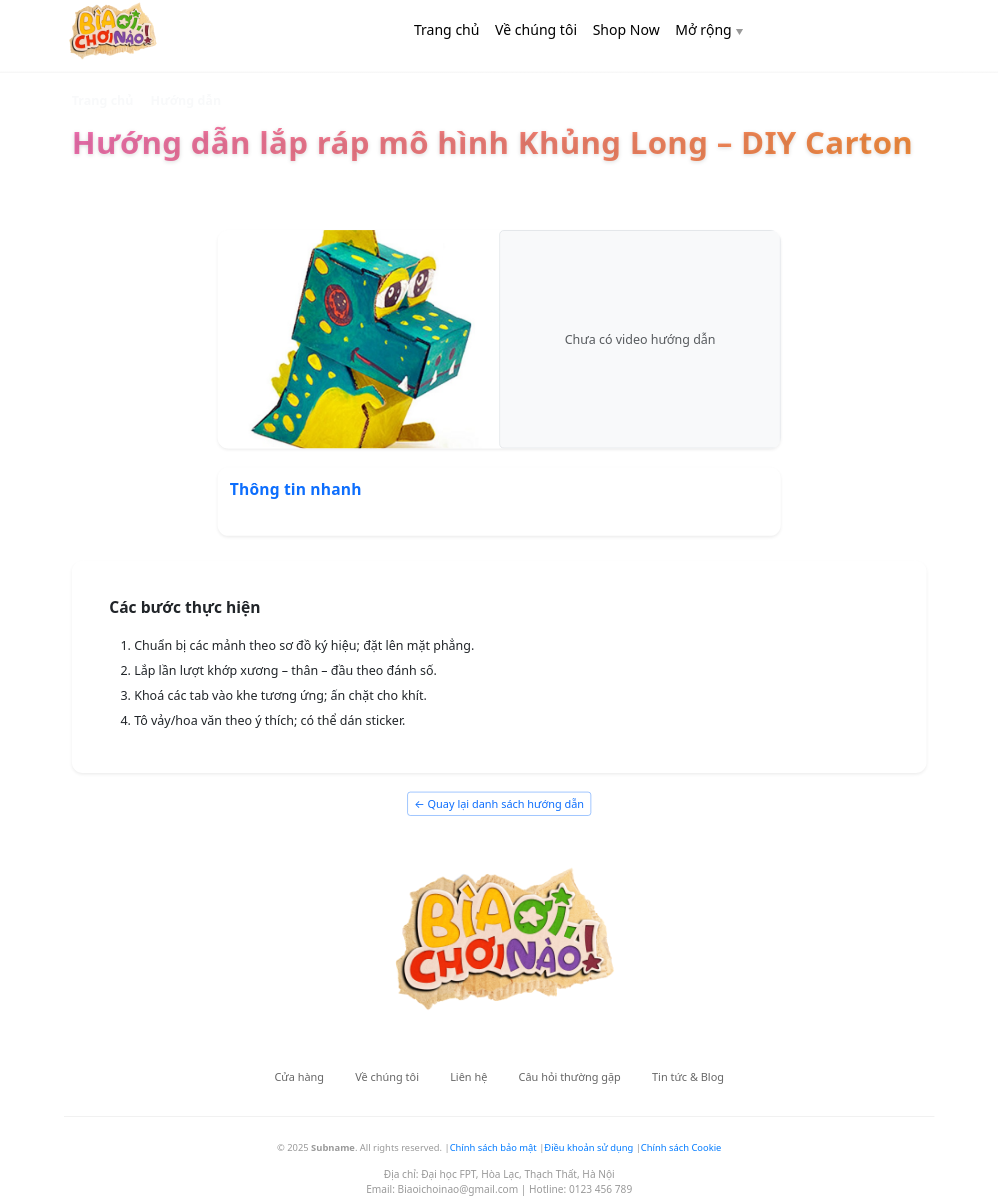
Repository: Huydung29/EXE2webappbiaoi
Page: /huong-dan/khung-long
The author's editor kept a copy of each file at every save. The page is drawn from the files as they stood at one save, then again after the next save.
The browser window is 1280 px wide. The pictures show the whole page, at 78% of full size.
The project was rebuilt for these pictures with package versions that can differ from the ones it lists, and the page was loaded fresh each time. Also part of the build but not shown: src/components/ProductList.js, src/components/Hero.js, src/components/Products.jsx, src/components/Features.js, src/components/Testimonials.js, src/components/CTA.js, src/components/Newsletter.js, src/components/ARQRCode.js and 5 more.

Above is the page before, as saved 2025-10-09 23:11:09.

After the next save:
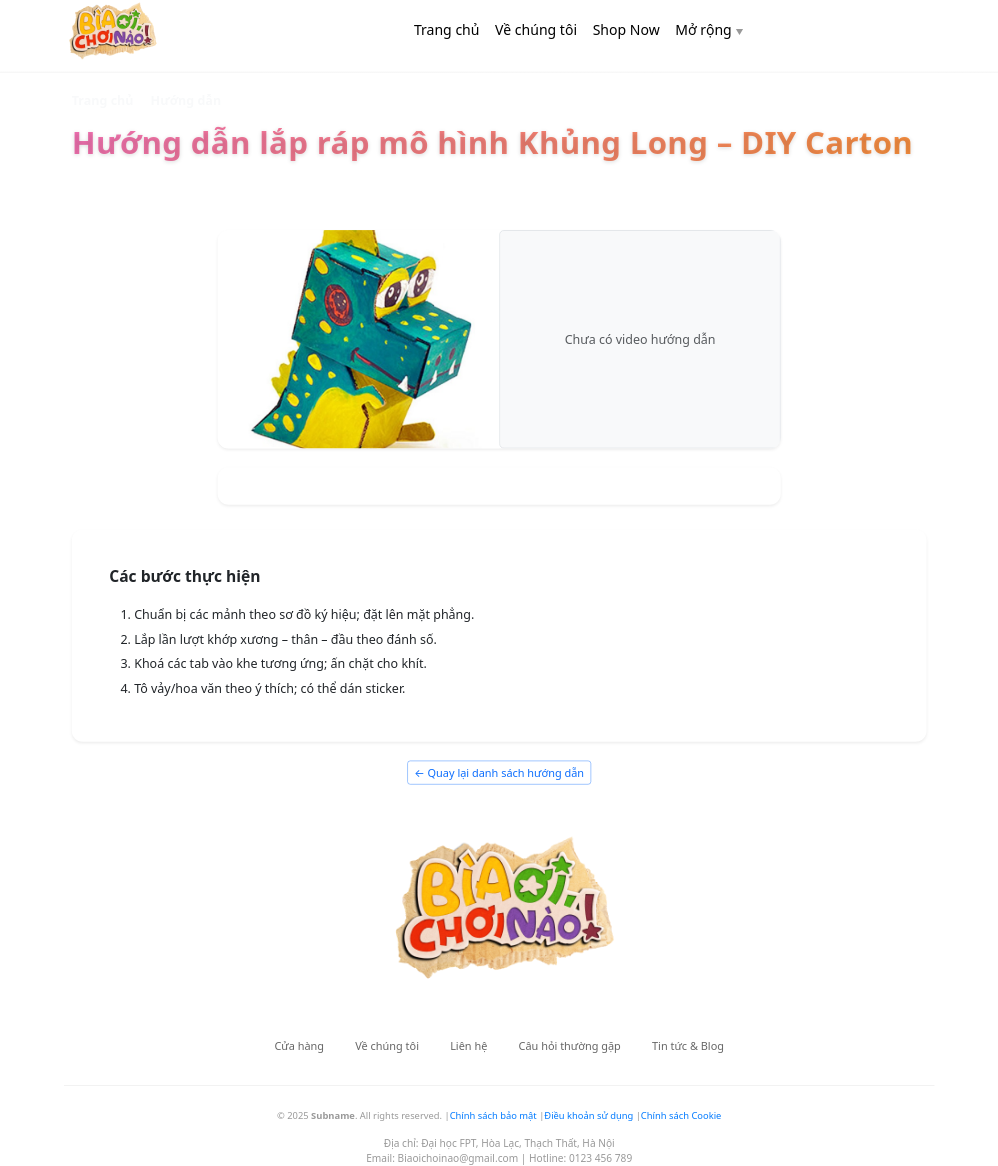
Saved 30 s later.
--- a/src/components/GuideDetail.jsx
+++ b/src/components/GuideDetail.jsx
@@ -158,10 +158,6 @@
                 {/* THÔNG TIN NHANH — đặt ngay dưới media */}
                 <div className="card border-0 shadow-sm mb-4">
                   <div className="card-body">
-                    <h5 className="fw-bold mb-3 text-primary">
-                      Thông tin nhanh
-                    </h5>
-
                     {/* chips tóm tắt */}
                     {stats.length > 0 && (
                       <div className="d-flex flex-wrap gap-2 mb-3">
